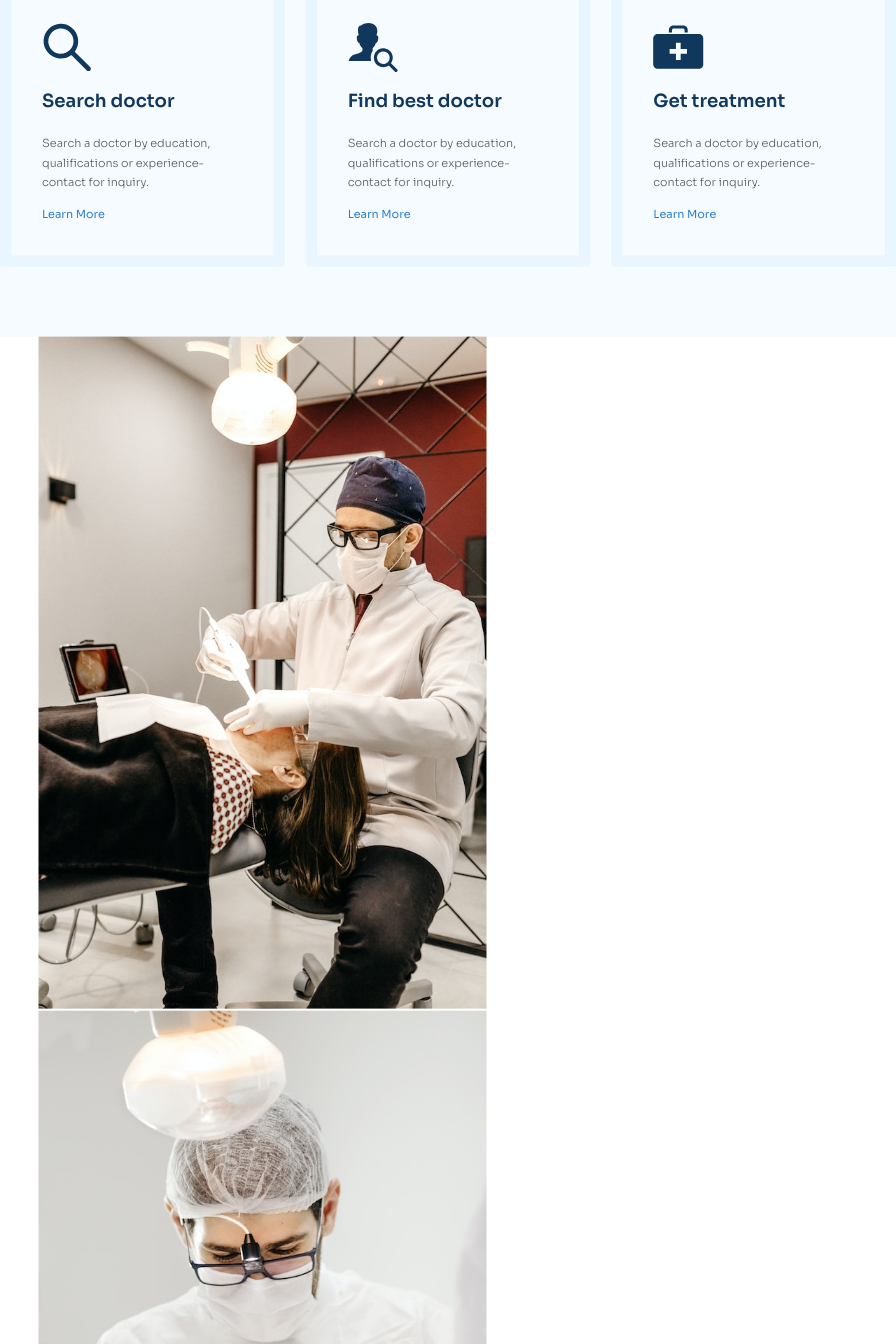
Repository: dongnguyen2112/htmlcss-project-03
Page: index.html
These files come from the project's save history. The page is drawn as it stood at one moment and after the next save; the edit follows.
The browser window is 1280 px wide. The pictures show the part of the page from y = 2177 to 4097 px (the page is 5720 px tall), at 70% of full size.

Above is the page before, as saved 2023-08-02 20:34:15.

### index.html
<!DOCTYPE html>
<html lang="en">
    <head>
        <meta charset="UTF-8" />
        <meta name="viewport" content="width=device-width, initial-scale=1.0" />
        <title>Shine Smile</title>
        <!-- Favicons -->
        <link
            rel="apple-touch-icon"
            sizes="57x57"
            href="./assets/favicon/apple-icon-57x57.png"
        />
        <link
            rel="apple-touch-icon"
            sizes="60x60"
            href="./assets/favicon/apple-icon-60x60.png"
        />
        <link
            rel="apple-touch-icon"
            sizes="72x72"
            href="./assets/favicon/apple-icon-72x72.png"
        />
        <link
            rel="apple-touch-icon"
            sizes="76x76"
            href="./assets/favicon/apple-icon-76x76.png"
        />
        <link
            rel="apple-touch-icon"
            sizes="114x114"
            href="./assets/favicon/apple-icon-114x114.png"
        />
        <link
            rel="apple-touch-icon"
            sizes="120x120"
            href="./assets/favicon/apple-icon-120x120.png"
        />
        <link
            rel="apple-touch-icon"
            sizes="144x144"
            href="./assets/favicon/apple-icon-144x144.png"
        />
        <link
            rel="apple-touch-icon"
            sizes="152x152"
            href="./assets/favicon/apple-icon-152x152.png"
        />
        <link
            rel="apple-touch-icon"
            sizes="180x180"
            href="./assets/favicon/apple-icon-180x180.png"
        />
        <link
            rel="icon"
            type="image/png"
            sizes="192x192"
            href="./assets/favicon/android-icon-192x192.png"
        />
        <link
            rel="icon"
            type="image/png"
            sizes="32x32"
            href="./assets/favicon/favicon-32x32.png"
        />
        <link
            rel="icon"
            type="image/png"
            sizes="96x96"
            href="./assets/favicon/favicon-96x96.png"
        />
        <link
            rel="icon"
            type="image/png"
            sizes="16x16"
            href="./assets/favicon/favicon-16x16.png"
        />
        <link rel="manifest" href="./assets/favicon/manifest.json" />
        <meta name="msapplication-TileColor" content="#ffffff" />
        <meta
            name="msapplication-TileImage"
            content="./assets/favicon/ms-icon-144x144.png"
        />
        <meta name="theme-color" content="#ffffff" />
        <!-- Font Sora -->
        <link rel="preconnect" href="https://fonts.googleapis.com" />
        <link rel="preconnect" href="https://fonts.gstatic.com" crossorigin />
        <link
            href="https://fonts.googleapis.com/css2?family=Sora:wght@300;400;500;600;700&display=swap"
            rel="stylesheet"
        />
        <!-- Reset CSS -->
        <link rel="stylesheet" href="./assets/css/reset.css" />
        <link rel="stylesheet" href="./assets/css/styles.css" />
    </head>
    <body>
        <header class="header">
            <div class="container">
                <!-- Header-top -->
                <div class="header-top">
                    <!-- Logo -->
                    <a href="/">
                        <div class="logo">
                            <span class="logo__circle"></span>
                            <span class="logo__text">
                                <span class="logo__brand">Shine</span>
                                <span class="logo__brand logo__brand--small">
                                    smile
                                </span>
                            </span>
                        </div>
                    </a>
                    <!-- Navbar -->
                    <nav class="navbar">
                        <ul class="navbar__list">
                            <li class="navbar__item">
                                <a
                                    href="#!"
                                    class="navbar__link navbar__link--active"
                                    >Home</a
                                >
                            </li>
                            <li class="navbar__item">
                                <a href="#!" class="navbar__link">Services</a>
                            </li>
                            <li class="navbar__item">
                                <a href="#!" class="navbar__link">About</a>
                            </li>
                            <li class="navbar__item">
                                <a href="#!" class="navbar__link">Doctors</a>
                            </li>
                        </ul>
                    </nav>
                    <!-- Action -->
                    <div class="header-action">
                        <a href="#!" class="header-action__login">Log In</a>
                        <a href="#!" class="btn header-action__signup"
                            >Sign Up</a
                        >
                    </div>
                </div>
                <!-- Hero -->
                <section class="hero">
                    <!-- Hero-content -->
                    <section class="hero__content">
                        <h1 class="hero__heading">
                            Exceptional dental care for all ages.
                        </h1>
                        <p class="hero__desc">
                            Exceptional dental care for all ages. Your great
                            smile begins with a great dentist.
                        </p>
                        <div class="hero__row">
                            <a href="" class="btn">Book Online</a>
                            <span class="hero__phone"
                                >or call (123) 456-7890</span
                            >
                        </div>
                    </section>
                    <!-- Hero-media -->
                    <section class="hero__media">
                        <figure class="hero__images">
                            <img
                                src="./assets/img/hero-01.jpg"
                                alt=""
                                class="hero__img"
                            />
                            <img
                                src="./assets/img/hero-02.jpg"
                                alt=""
                                class="hero__img"
                            />
                        </figure>
                    </section>
                </section>
            </div>
        </header>
        <main style="height: 5000px">
            <!-- Service -->
            <section class="service">
                <div class="container">
                    <h1 class="service__heading section-heading">
                        Our services
                    </h1>
                    <p class="service__desc section-desc">
                        Exceptional dental care for all ages. Your great smile
                        begins with a great dentist.
                    </p>
                    <div class="service__row">
                        <figure>
                            <img
                                src="./assets/img/service.jpg"
                                alt=""
                                class="service__img"
                            />
                        </figure>
                        <div>
                            <div class="service__list">
                                <!-- Service Item 1 -->
                                <section class="service-item">
                                    <div class="service-item__icon">
                                        <svg
                                            width="22"
                                            height="24"
                                            viewBox="0 0 22 24"
                                            fill="none"
                                            xmlns="http://www.w3.org/2000/svg"
                                        >
                                            <path
                                                d="M20.3598 2.63964C17.9506 -0.556131 14.2772 -0.568132 11.2481 1.10682C11.001 1.24657 10.7219 1.31411 10.4406 1.30222C10.1592 1.29033 9.88633 1.19945 9.65105 1.03931C8.49552 0.245717 7.29036 -0.316477 5.13904 0.207462C0.623408 1.3071 0 4.90379 0 8.99816C0.0797353 12.1602 0.500857 15.3032 1.25551 18.3683C2.11836 22.0168 3.90382 24 5.43354 24C6.96326 24 7.00963 22.2204 7.00963 20.8016C7.00963 19.2009 7.39505 14.8009 10.8642 14.8009C13.5317 14.8009 14.3333 18.4013 14.3333 20.8016C14.3329 23.095 15.1722 24 16.6628 24C19.5267 24 20.9796 15.3938 21.3719 13.1237C21.7642 10.8535 22.9882 6.12569 20.3598 2.63964Z"
                                                fill="currentColor"
                                            />
                                        </svg>
                                        <!-- Icon -->
                                    </div>
                                    <div class="service-item__body">
                                        <h3 class="service-item__heading">
                                            Oral Surgery
                                        </h3>
                                        <p class="service-item__desc">
                                            Everything you expect and then some.
                                            Cleanings, fillings, and x-rays.
                                        </p>
                                    </div>
                                </section>
                                <!-- Service Item 2 -->
                                <section class="service-item">
                                    <div class="service-item__icon">
                                        <svg
                                            width="22"
                                            height="24"
                                            viewBox="0 0 22 24"
                                            fill="none"
                                            xmlns="http://www.w3.org/2000/svg"
                                        >
                                            <path
                                                d="M20.3598 2.63964C17.9506 -0.556131 14.2772 -0.568132 11.2481 1.10682C11.001 1.24657 10.7219 1.31411 10.4406 1.30222C10.1592 1.29033 9.88633 1.19945 9.65105 1.03931C8.49552 0.245717 7.29036 -0.316477 5.13904 0.207462C0.623408 1.3071 0 4.90379 0 8.99816C0.0797353 12.1602 0.500857 15.3032 1.25551 18.3683C2.11836 22.0168 3.90382 24 5.43354 24C6.96326 24 7.00963 22.2204 7.00963 20.8016C7.00963 19.2009 7.39505 14.8009 10.8642 14.8009C13.5317 14.8009 14.3333 18.4013 14.3333 20.8016C14.3329 23.095 15.1722 24 16.6628 24C19.5267 24 20.9796 15.3938 21.3719 13.1237C21.7642 10.8535 22.9882 6.12569 20.3598 2.63964Z"
                                                fill="currentColor"
                                            />
                                        </svg>
                                        <!-- Icon -->
                                    </div>
                                    <div class="service-item__body">
                                        <h3 class="service-item__heading">
                                            Wisdom Teeth Removal
                                        </h3>
                                        <p class="service-item__desc">
                                            Everything you expect and then some.
                                            Cleanings, fillings, and x-rays.
                                        </p>
                                    </div>
                                </section>
                                <!-- Service Item 3 -->
                                <section class="service-item">
                                    <div class="service-item__icon">
                                        <svg
                                            width="22"
                                            height="24"
                                            viewBox="0 0 22 24"
                                            fill="none"
                                            xmlns="http://www.w3.org/2000/svg"
                                        >
                                            <path
                                                d="M20.3598 2.63964C17.9506 -0.556131 14.2772 -0.568132 11.2481 1.10682C11.001 1.24657 10.7219 1.31411 10.4406 1.30222C10.1592 1.29033 9.88633 1.19945 9.65105 1.03931C8.49552 0.245717 7.29036 -0.316477 5.13904 0.207462C0.623408 1.3071 0 4.90379 0 8.99816C0.0797353 12.1602 0.500857 15.3032 1.25551 18.3683C2.11836 22.0168 3.90382 24 5.43354 24C6.96326 24 7.00963 22.2204 7.00963 20.8016C7.00963 19.2009 7.39505 14.8009 10.8642 14.8009C13.5317 14.8009 14.3333 18.4013 14.3333 20.8016C14.3329 23.095 15.1722 24 16.6628 24C19.5267 24 20.9796 15.3938 21.3719 13.1237C21.7642 10.8535 22.9882 6.12569 20.3598 2.63964Z"
                                                fill="currentColor"
                                            />
                                        </svg>
                                        <!-- Icon -->
                                    </div>
                                    <div class="service-item__body">
                                        <h3 class="service-item__heading">
                                            Preventative Dentistry
                                        </h3>
                                        <p class="service-item__desc">
                                            Everything you expect and then some.
                                            Cleanings, fillings, and x-rays.
                                        </p>
                                    </div>
                                </section>
                            </div>
                            <a href="#!" class="btn">All Services </a>
                        </div>
                    </div>
                </div>
            </section>
            <!-- Work -->
            <section class="work">
                <h2 class="section-heading">How it works</h2>
                <p class="section-desc work__desc">Exceptional dental care for all ages. Your great smile begins with a great dentist.</p>
                <div class="work__list">
                    <!-- Work Item 1 -->
                    <section class="word-item">
                        <img src="./assets/img/Icon/Orion_search.svg" alt="" class="work-item__icon">
                        <h3 class="work-item__heading">Search doctor</h3>
                        <p class="work-item__desc">Search a doctor by education, qualifications or experience-contact for inquiry.</p>
                        <a href="#!" class="work-item__more">Learn More</a>
                    </section>
                     <!-- Work Item 2 -->
                     <section class="word-item">
                        <img src="./assets/img/Icon/Orion_find-user.svg" alt="" class="work-item__icon">
                        <h3 class="work-item__heading">Find best doctor</h3>
                        <p class="work-item__desc">Search a doctor by education, qualifications or experience-contact for inquiry.</p>
                        <a href="#!" class="work-item__more">Learn More</a>
                    </section>
                     <!-- Work Item 3 -->
                     <section class="word-item">
                        <img src="./assets/img/Icon/Orion_first-aid-kit.svg" alt="" class="work-item__icon">
                        <h3 class="work-item__heading">Get treatment</h3>
                        <p class="work-item__desc">Search a doctor by education, qualifications or experience-contact for inquiry.</p>
                        <a href="#!" class="work-item__more">Learn More</a>
                    </section>
                </div>
            </section>
            <!-- Feature -->
            <div class="feature">
                <div class="container">
                    <div class="feature__media">
                        <img src="./assets/img/feature__1.jpg" alt="" class="feature__media">
                        <img src="./assets/img/feature__2.jpg" alt="" class="feature__media">
                    </div>
                </div>
            </div>
        </main>
    </body>
</html>

Loaded but not shown: assets/css/reset.css (common file); assets/css/styles.css (326 lines, source omitted)

After the next save:
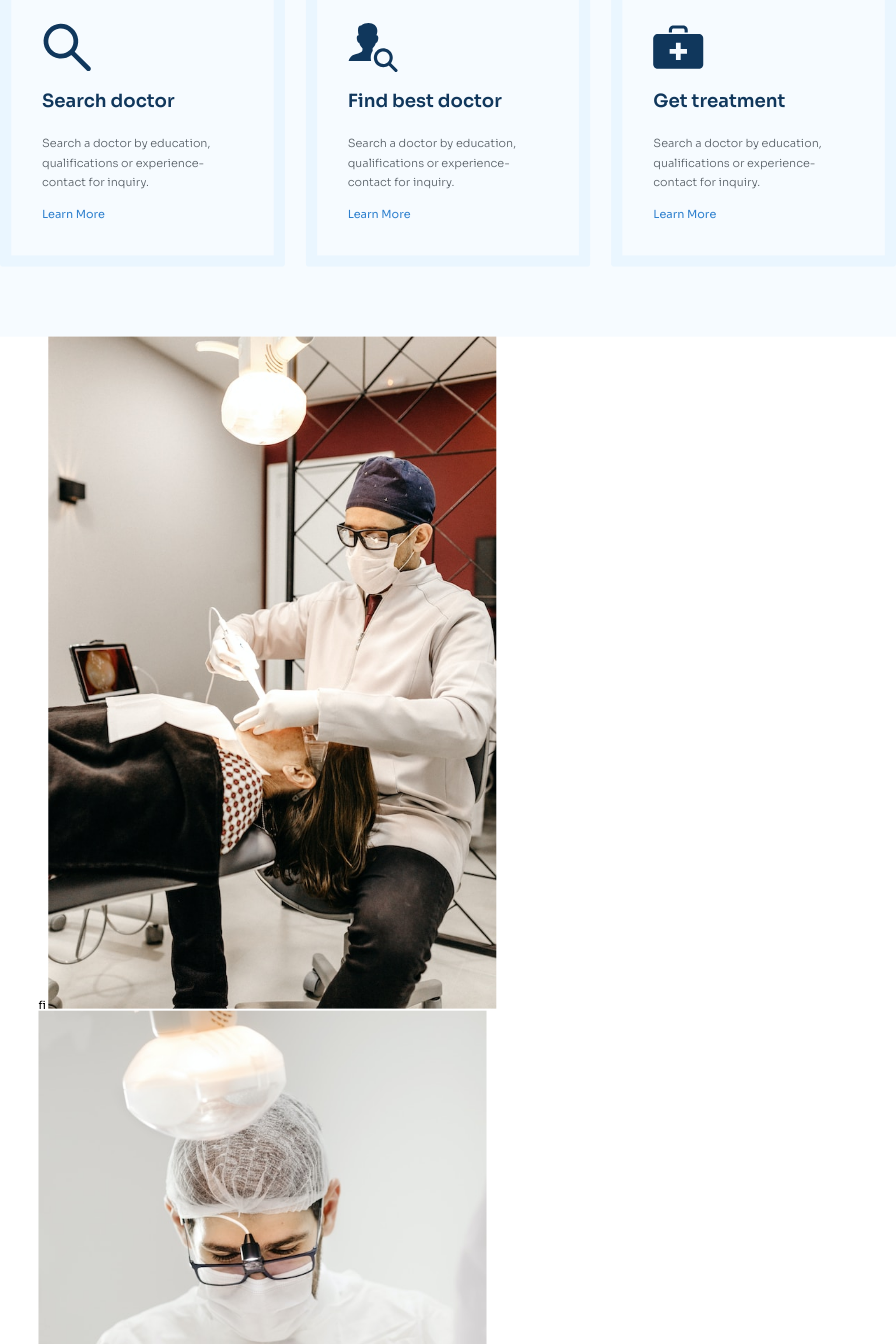
Saved 53 s later.
--- a/index.html
+++ b/index.html
@@ -314,6 +314,7 @@
             <div class="feature">
                 <div class="container">
                     <div class="feature__media">
+                        fi
                         <img src="./assets/img/feature__1.jpg" alt="" class="feature__media">
                         <img src="./assets/img/feature__2.jpg" alt="" class="feature__media">
                     </div>

After the 2 saves that followed:
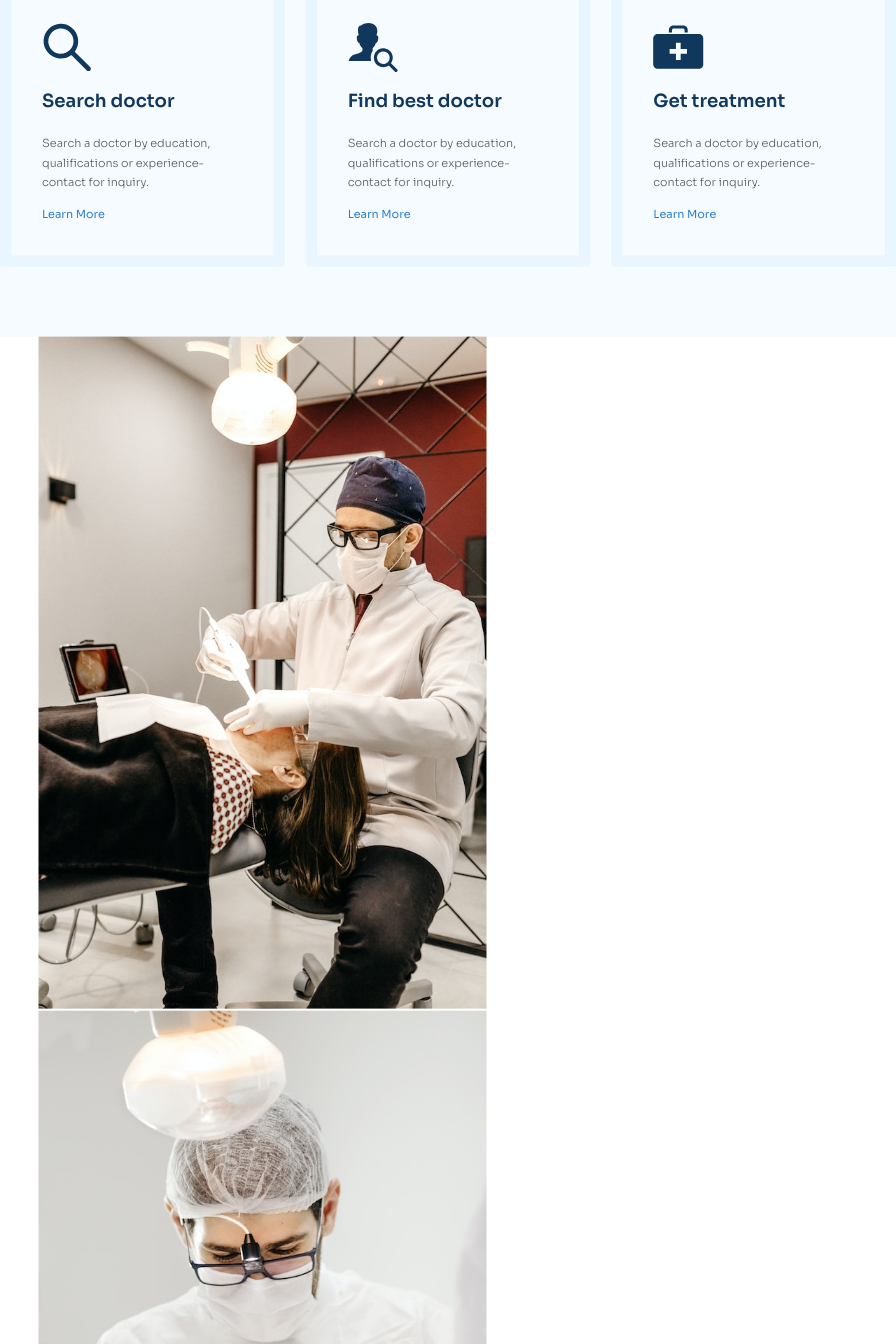
The 2 saves are shown as one change because they came seconds apart.
The last was saved 9 s later.
--- a/index.html
+++ b/index.html
@@ -314,7 +314,7 @@
             <div class="feature">
                 <div class="container">
                     <div class="feature__media">
-                        fi
+                        <figure class=""></figure>
                         <img src="./assets/img/feature__1.jpg" alt="" class="feature__media">
                         <img src="./assets/img/feature__2.jpg" alt="" class="feature__media">
                     </div>
